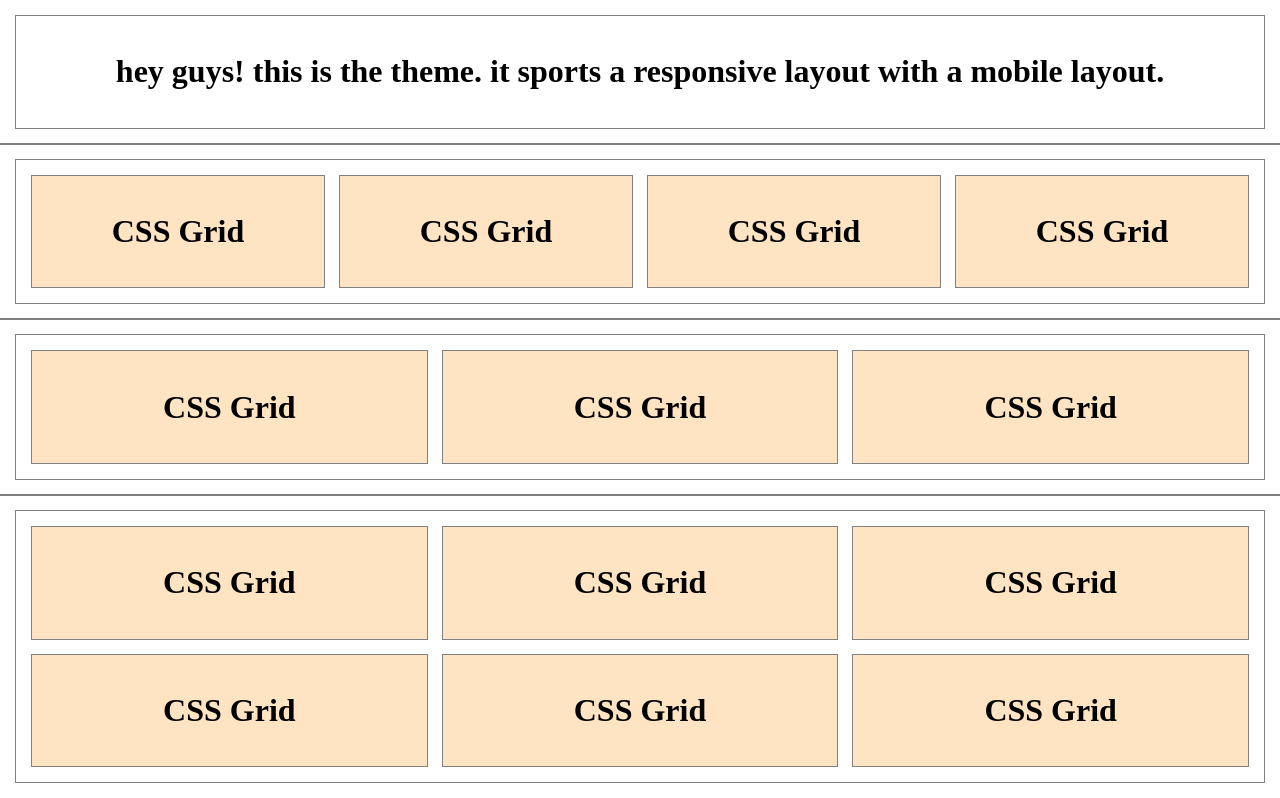
Repository: jjennbui/MDIA2003G-Assignment03B
Page: index.html
These files come from the project's save history. The page is drawn as it stood at one moment and after a run of saves; the edit follows.
The browser window is 1280 px wide. The pictures show the whole page.

Above is the page before, as saved 2023-01-24 20:14:04.

After the next 2 saves:
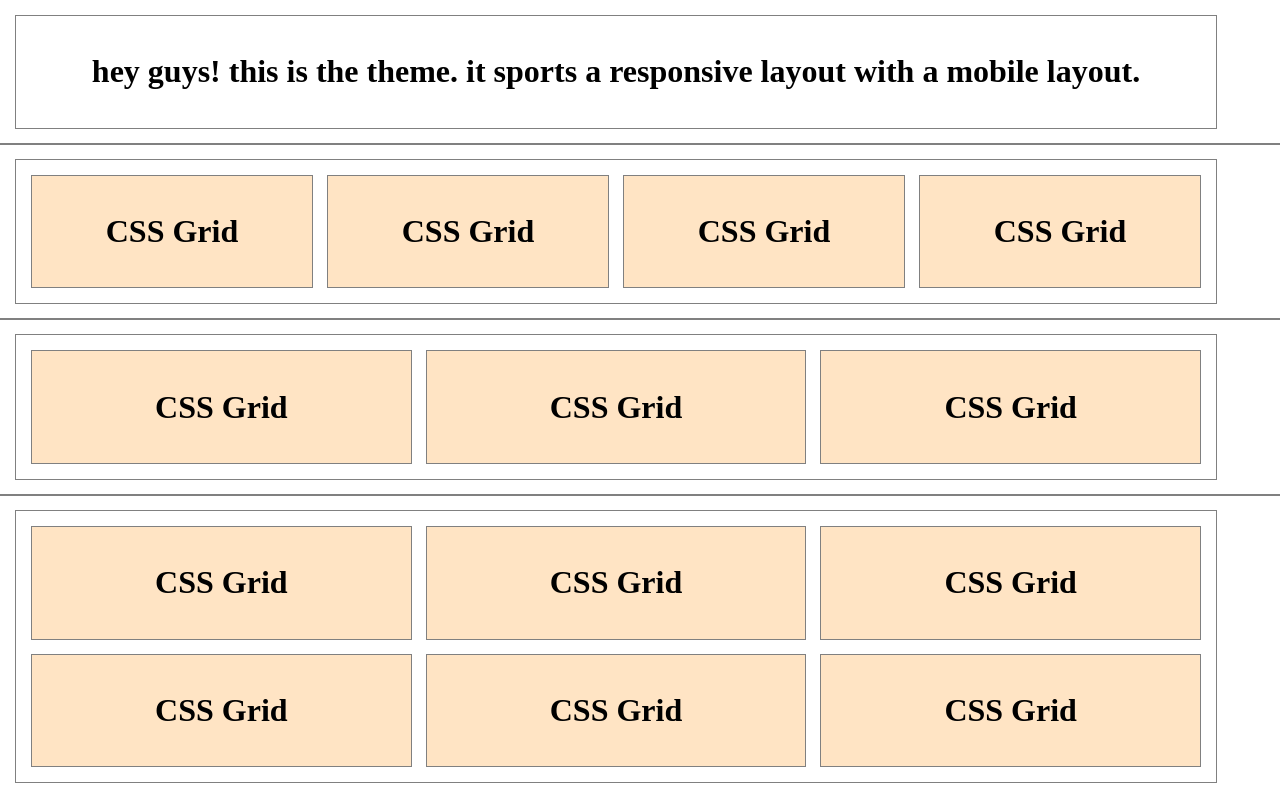
The 2 saves are shown as one change because they came seconds apart.
The last was saved 80 s later.
--- a/css/main.css
+++ b/css/main.css
@@ -53,7 +53,7 @@ header {
 }
 
 .row{
-  max-width: 200rem;
+  max-width: 75rem;
   column-gap: 1rem;
   row-gap: 1rem;
   text-align: center;
